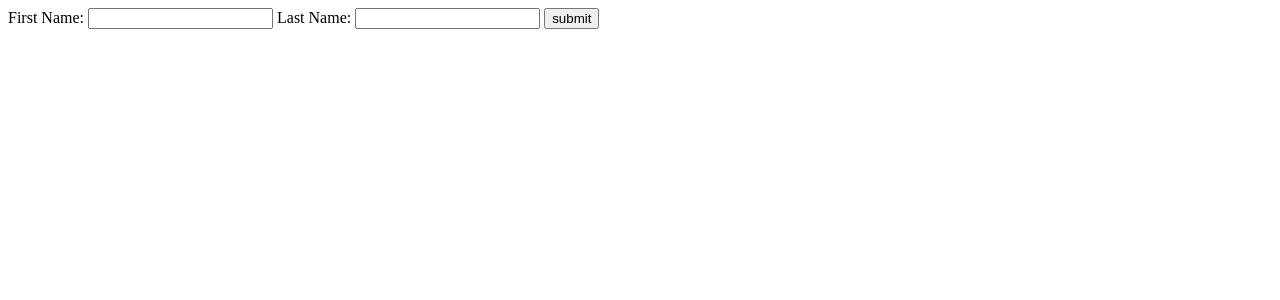
Repository: bpaudel2/jsp-and-servlets-demo
Page: jspdemo/WebContent/student-checkbox-form.html
These files come from the project's save history. The page is drawn as it stood at one moment and after the next save; the edit follows.
The browser window is 1280 px wide. The pictures show the whole page.

Above is the page before, as saved 2019-05-25 03:29:15.

### jspdemo/WebContent/student-checkbox-form.html
<html>
<head>
<title>Student Registration Form</title>
</head>
<body>

<form action="student-response.jsp">
	First Name: <input type="text" name="firstName" />
	Last Name: <input type="text" name="lastName" />
	<input type="submit" value="submit" />
</form>


</body>

</html>

After the next save:
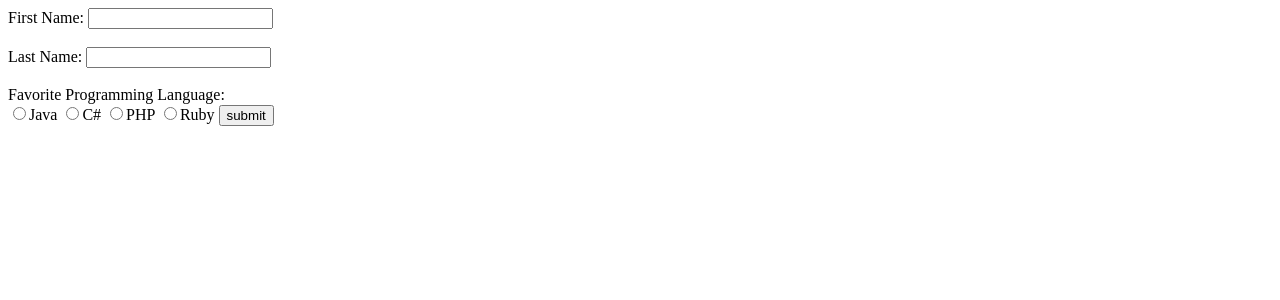
Saved 21 h 20 min later.
--- a/jspdemo/WebContent/student-checkbox-form.html
+++ b/jspdemo/WebContent/student-checkbox-form.html
@@ -4,9 +4,17 @@
 </head>
 <body>
 
-<form action="student-response.jsp">
+<form action="student-radio-response.jsp">
 	First Name: <input type="text" name="firstName" />
+	<br/><br/>
 	Last Name: <input type="text" name="lastName" />
+	<br/><br/>
+	Favorite Programming Language: <br/>
+	<input type="radio" name="favoriteLanguage" value="Java">Java
+	<input type="radio" name="favoriteLanguage" value="C#">C#
+	<input type="radio" name="favoriteLanguage" value="PHP">PHP
+	<input type="radio" name="favoriteLanguage" value="Ruby">Ruby
+
 	<input type="submit" value="submit" />
 </form>
 
